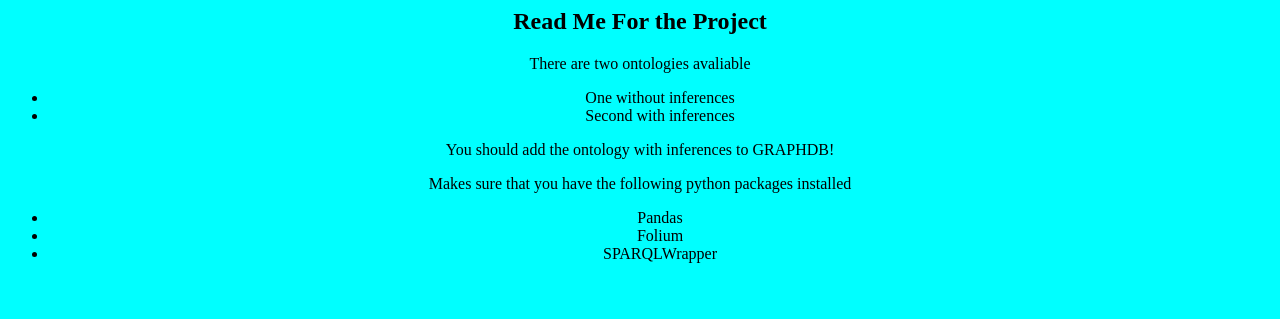
Repository: pawelpiwowarski/Knowledge_and_Data
Page: README.html
The author's editor kept a copy of each file at every save. The page is drawn from the files as they stood at one save, then again after the next save.
The browser window is 1280 px wide. The pictures show the whole page.

Above is the page before, as saved 2022-10-27 22:06:54.

After the next save:
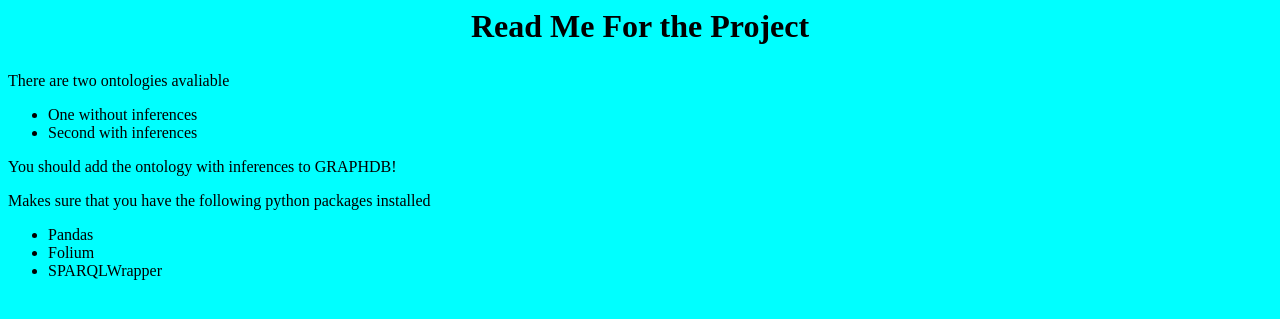
Saved 36 s later.
--- a/README.html
+++ b/README.html
@@ -4,12 +4,18 @@
 
 <title>README</title>
 <style>
-
-body { font-family: 'Times New Roman', Times, serif; font-size: 12pt; text-align: center; background-color: aqua;}
+#title {
+    font-family: "Times New Roman", Times, serif;
+    font-size: 24pt;
+    font-weight: bold;
+    color: #000000;
+    text-align: center;
+}
+body { font-family: 'Times New Roman', Times, serif; font-size: 12pt; background-color: aqua;}
 </style>
 </head>
 <body>
-<h2> Read Me For the Project</h2>
+<h2 id="title"> Read Me For the Project</h2>
 <p> There are two ontologies avaliable</p>
 <ul>
 <li>
